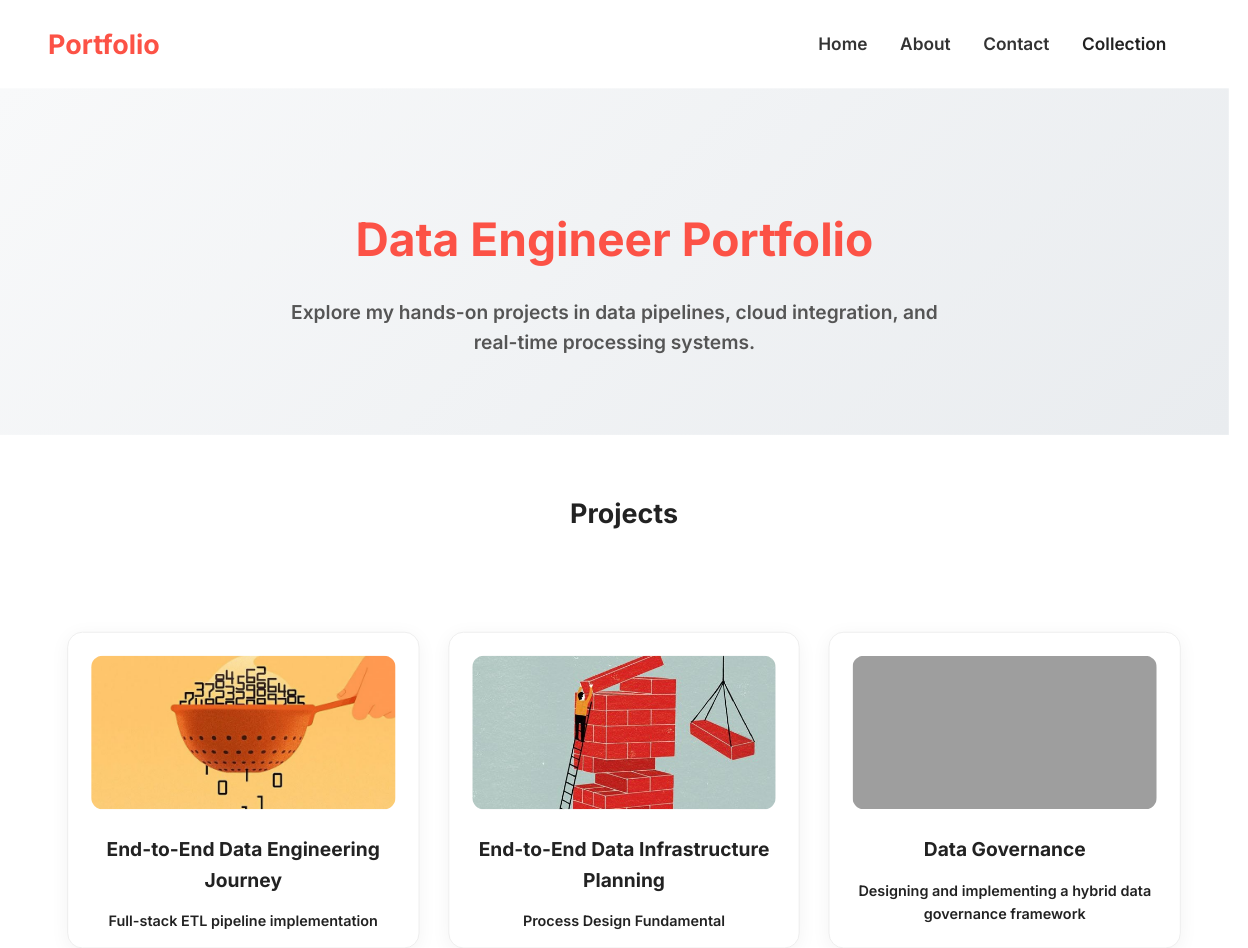
Repository: Wipas1919/Archive-portfolio
Page: projects/data-engineer.html
The author's editor kept a copy of each file at every save. The page is drawn from the files as they stood at one save, then again after the next save.
The browser window is 1280 px wide. The page is 1300 px wide, so the pictures cover 1300 px, including what lies to the right of the window. The pictures show the whole page, at 96% of full size.
Pictures or frames that could not be fetched are drawn as grey boxes.

Above is the page before, as saved 2025-06-01 16:33:16.

### projects/data-engineer.html
<!-- Cleaned and updated on 2025-05-25 -->
<!DOCTYPE html>
<html lang="en">
<head>
  <meta charset="UTF-8" />
  <meta name="viewport" content="width=device-width, initial-scale=1.0"/>
  <title>Data Engineer | Portfolio</title>
  <link href="https://fonts.googleapis.com/css2?family=Inter:wght@600;700&display=swap" rel="stylesheet">
  <link rel="stylesheet" href="../style/main.css">
  <style>
    body {
      font-family: 'Inter', sans-serif;
    }
    .cover {
      background: linear-gradient(135deg, #f8f9fa, #e9ecef);
      padding: 80px 20px;
      text-align: center;
    }
    .cover h1 {
      font-size: 48px;
      color: #fc5246;
      margin-bottom: 20px;
    }
    .cover p {
      font-size: 20px;
      color: #555;
      max-width: 700px;
      margin: 0 auto;
    }

    .project-cards h3 {
      text-align: center;
      font-size: 28px;
      margin-top: 60px;
      margin-bottom: 30px;
    }

    .card-grid {
      display: grid;
      grid-template-columns: repeat(auto-fit, minmax(280px, 1fr));
      gap: 30px;
      padding: 0 20px;
    }

    .card {
      display: block;
      background: #fff;
      border-radius: 16px;
      box-shadow: 0 4px 20px rgba(0, 0, 0, 0.05);
      padding: 24px;
      text-align: center;
      transition: transform 0.3s;
      text-decoration: none !important;
      color: inherit !important;
      cursor: pointer;
    }

    .card:hover {
      transform: translateY(-5px);
    }

    .card img {
      width: 100%;
      height: 160px;
      object-fit: cover;
      border-radius: 12px;
      margin-bottom: 16px;
    }

    .card h4 {
      font-size: 20px;
      margin-bottom: 8px;
      color: #222;
    }

    .card p {
      color: #666;
      font-size: 15px;
    }

    /* Make sure visited or active links do not change color or show underline */
    .card:visited,
    .card:hover,
    .card:focus,
    .card:active,
    .card *,
    .card *:visited,
    .card *:hover,
    .card *:focus,
    .card *:active {
      color: inherit !important;
      text-decoration: none !important;
    }

    .dropdown-wrapper {
      position: relative;
      display: inline-block;
    }

    .dropbtn {
      font-weight: 600;
      cursor: pointer;
      color: #222;
      text-decoration: none;
      margin-left: 15px;
    }

    .dropdown-content {
      display: none;
      position: absolute;
      top: 100%;
      right: 0;
      background-color: #ffffff;
      min-width: 220px;
      border-radius: 12px;
      box-shadow: 0 10px 25px rgba(0, 0, 0, 0.08);
      overflow: hidden;
      padding: 10px 0;
      z-index: 999;
    }

    .dropdown-wrapper:hover .dropdown-content {
      display: block;
    }

    .dropdown-content a {
      display: block;
      padding: 12px 20px;
      color: #222;
      text-decoration: none;
      font-size: 15px;
      transition: background-color 0.2s ease, color 0.2s ease;
    }

    .dropdown-content a:hover {
      background-color: #eaeaea;
      color: #fd3a2d;
    }
  </style>
</head>
<body>
  <div id="page-loader"><div class="spinner"></div></div>

  <header>
    <div class="container">
      <h1 class="logo" style="font-family: 'Inter', sans-serif; font-weight: 700; font-size: 28px; color: #fc5246;">Portfolio</h1>
      <nav class="nav-right">
        <a href="../index.html">Home</a>
        <a href="../index.html#about">About</a>
        <a href="../index.html#contact">Contact</a>
        <div class="dropdown-wrapper">
          <a href="#" class="dropbtn">Collection</a>
          <div class="dropdown-content">
            <a href="data-engineer.html">Data Engineer</a>
            <a href="business-analysis.html">Business Analysis</a>
            <a href="bi-solutions.html">Business Intelligent</a>
            <a href="strategic-data.html">Data-Driven</a>
            <a href="cloud-cert.html">Cloud Certification</a>
            <a href="data-integration.html">Data Product</a>
          </div>
        </div>
      </nav>
    </div>
  </header>

  <!-- Cover / Hero Section -->
  <section class="cover">
    <h1>Data Engineer Portfolio</h1>
    <p>Explore my hands-on projects in data pipelines, cloud integration, and real-time processing systems.</p>
  </section>

  <!-- Project Cards Section -->
  <section class="project-cards container" id="project-cards">
    <h3>Projects</h3>
    <div class="card-grid" id="card-container"></div>
  </section>

  <script>
    const cardsContainer = document.getElementById("card-container");
    const projectId = "data-engineer";

    fetch("../data/projects.json")
      .then(res => res.json())
      .then(data => {
        const p = data[projectId];
        if (!p || !p.projects?.length) {
          cardsContainer.innerHTML = "<p>No projects found.</p>";
          return;
        }
        cardsContainer.innerHTML = p.projects.map(proj => `
          <a href="project.html?id=${proj.slug}" class="card">
            <img src="${proj.image}" alt="${proj.title}" />
            <h4>${proj.title}</h4>
            <p>${proj.description}</p>
          </a>
        `).join("");
      })
      .catch(err => {
        cardsContainer.innerHTML = "<p>Error loading data.</p>";
        console.error(err);
      });
  </script>
</body>
</html>

### style/main.css
/* ตั้งค่าพื้นฐาน */
body {
  margin: 0;
  font-family: 'Poppins', sans-serif;
  background: #fff;
  color: #222;
  line-height: 1.6;
  scroll-behavior: smooth;
  user-select: none;
  -webkit-user-select: none;
  -ms-user-select: none;
}

img {
  max-width: 100%;
  height: auto;
  display: block;
}

.container {
  width: 100%;
  max-width: 1200px;
  margin: 0 auto;
  padding: 0 50px; /* เพิ่ม padding ด้านข้าง */
}

@media screen and (max-width: 767px) {
  .container { padding: 0 16px; }
  .hero h2 { font-size: 36px; }
  .hero p { font-size: 18px; }
  .card-grid { grid-template-columns: 1fr; }
  nav a { font-size: 14px; }
  .hero-content { flex-direction: column; }
  .about-image img { width: 100%; }
}

@media screen and (min-width: 768px) and (max-width: 1024px) {
  .hero h2 { font-size: 48px; }
  .card-grid { grid-template-columns: repeat(2, 1fr); }
}

@media screen and (max-width: 480px) {
  h2, .section-title { font-size: 28px; }
  .hero h2 { font-size: 28px; }
  .hero p, .section-description, .about-text p, .card p { font-size: 16px; }
  .btn { padding: 10px 20px; font-size: 16px; }
}

/* Navbar */
header {
  background: #fff;
  padding: 5px 0;
  display: flex;
  justify-content: space-between;
  align-items: center;
  border-bottom: 0px solid #eee;
  position: sticky;
  top: 0;
  z-index: 100;
}

header .container {
  display: flex;
  align-items: center;
  justify-content: space-between;
}

.logo {
  font-family: 'Poppins', serif;
  font-size: 30px;
  color: #fc5246;
}

nav a {
  margin: 0 15px;
  color: #333;
  text-decoration: none;
  font-weight: 600;
  font-size: 18px;
}

nav a:hover {
  color: #fd3a2d;
}

/* ปุ่มหลักของเมนู dropdown */
.dropdown-wrapper {
  position: relative;
  display: inline-block;
}

.dropbtn {
  font-weight: 600;
  cursor: pointer;
  color: #222;
  transition: color 0.3s ease;
}

.dropbtn:hover {
  color: #fd3a2d;
}

/* เมนูที่แสดงเมื่อ hover */
.dropdown-content {
  display: none;
  position: absolute;
  top: 100%;
  right: 0;
  background-color: #ffffff;
  min-width: 220px;
  border-radius: 12px;
  box-shadow: 0 10px 25px rgba(0, 0, 0, 0.08);
  overflow: hidden;
  padding: 10px 0;
  z-index: 999;
}

/* แสดงเมื่อ hover */
.dropdown-wrapper:hover .dropdown-content {
  display: block;
}

/* ลิงก์ใน dropdown */
.dropdown-content a {
  display: block;
  padding: 12px 20px;
  color: #222;
  text-decoration: none;
  font-size: 15px;
  transition: background-color 0.2s ease, color 0.2s ease;
}

/* Hover effect ของลิงก์ */
.dropdown-content a:hover {
  background-color: #eaeaea;
  color: #fd3a2d;
}

.hero-animation {
  margin-top: 10px;
  display: flex;
  justify-content: right;
}

/* Hero Section */
.hero {
  position: relative;
  height: 60vh;
  display: flex;
  align-items: center;
  justify-content: center;
  flex-direction: column;
  text-align: center;
  background: #eaeaea;
  color: #000000;
}

#hero-background {
  position: absolute;
  top: 0;
  left: 0;
  width: 100%;
  height: 100%;
  z-index: 0;
}

.hero-content {
  position: relative;
  z-index: 1;
  width: 100%;
  max-width: 1200px;
  padding-left: 5vw;
  padding-right: 5vw;
  text-align: left;
  align-items: flex-start;
}

.hero h2 {
  font-size: 60px;
  margin-bottom: 10px;
  line-height: 1.2;
}

.hero p {
  font-size: 30px;
  margin-bottom: 30px;
  color: #1d1d1d;
}

.btn, .hero .btn {
  display: inline-block;
  background: #fd3a2d;
  color: #fff;
  padding: 14px 36px;
  border-radius: 30px;
  text-decoration: none;
  font-weight: bold;
  font-size: 18px;
  transition: background 0.3s;
}

.btn:hover, .hero .btn:hover {
  background: #252525;
}

/* Sections */
section {
  padding: 100px 0;
  text-align: center;
}

/* About Section */
.about-grid {
  display: flex;
  align-items: center;
  justify-content: center;
  gap: 50px;
  flex-wrap: wrap;
}

.about-image img {
  width: 500px;
  height: auto;
  object-fit: cover;
  border-top-left-radius: 0;
  border-top-right-radius: 0;
  border-bottom-left-radius: 200px;
  border-bottom-right-radius: 200px;
}

.about-text {
  max-width: 500px;
  text-align: left;
}

.about-text h2 {
  margin-bottom: 20px;
}

.about-text p {
  font-size: 18px;
  color: #666;
}

/* Timeline */
.timeline-item {
  position: relative;
  margin-bottom: 30px;
}

.timeline-dot {
  width: 14px;
  height: 14px;
  background-color: #fd3a2d;
  border-radius: 50%;
  position: absolute;
  left: -8px;
  top: 0;
}

.timeline-content {
  margin-left: 20px;
}

.timeline-content h4 {
  margin: 0;
  font-size: 18px;
  color: #333;
  font-weight: 600;
}

.timeline-content p {
  margin: 5px 0 0;
  font-size: 16px;
  color: #666;
}

/* Projects Section */
#projects {
  margin-bottom: 10px;
}

.card-grid {
  display: grid;
  grid-template-columns: repeat(3, 1fr); /* สำคัญ: 3 คอลัมน์ */
  gap: 20px;
  margin-top: 100px;
}


.card {
  background: #ffffff;
  padding: 30px;
  border-radius: 12px;
  max-height: 280px;
  text-align: center;
  transition: box-shadow 0.3s;
  border: 1px solid #eee;
}

.card:hover {
  box-shadow: 0 8px 20px rgba(0, 0, 0, 0.1);
}

.card-icon img {
  width: 40px;
  height: 40px;
  margin-bottom: 20px;
}

.card h3 {
  font-size: 18px;
  margin-bottom: 15px;
  color: #333;
}

.card p {
  font-size: 16px;
  color: #666;
}

/* Contact Section */
.contact {
  background: rgba(255, 255, 255, 0.5); /* 1 = โปร่งแสง 50% */
  text-align: center;
}

.section-subtitle {
  text-transform: uppercase;
  font-size: 18px;
  letter-spacing: 1.5px;
  color: #4e4e4e;
  margin-bottom: 10px;
}

h2 {
  font-size: 36px;
  color: #292929
}


.section-title {
  font-size: 36px;
  margin-bottom: 10px;
  color: #2e2e2e;
}

.section-description {
  font-size: 18px;
  margin-bottom: 40px;
  color: #4e4e4e;
}

.contact-grid {
  display: grid;
  grid-template-columns: repeat(auto-fit, minmax(280px, 1fr));
  gap: 20px;
  margin-top: 40px;
}

.contact-card.glass {
  background: rgba(255, 255, 255, 0.15);
  backdrop-filter: blur(12px);
  -webkit-backdrop-filter: blur(12px);
  border-radius: 20px;
  padding: 24px;
  border: 1px solid rgba(255, 255, 255, 0.3);
  box-shadow: 0 8px 32px rgba(0, 0, 0, 0.1);
  transition: transform 0.3s ease, box-shadow 0.3s ease;
  text-align: center;
}

.contact-card.glass:hover {
  transform: scale(1.05);
  box-shadow: 0 12px 28px rgba(0, 0, 0, 0.15);
}

.contact-icon {
  display: flex;
  flex-direction: column;
  align-items: center;
  justify-content: center; /* 🔥 เพิ่มบรรทัดนี้เพื่อจัดไอคอนแนวดิ่ง */
  height: 100px; /* ✅ ปรับความสูงให้เหมาะสม */
  margin-bottom: 12px;
}


.contact-icon img {
  width: 48px;
  height: 48px;
  margin-bottom: 12px;
  transition: transform 0.3s ease;
}

.contact-card.glass:hover .contact-icon img {
  transform: scale(1.15);
}

/* Footer */
footer {
  background: #f5f5f5;
  padding: 20px 0;
  font-size: 14px;
  color: #4d4d4d;
}

.footer-container {
  display: flex;
  justify-content: space-between;
  align-items: center;
  flex-wrap: wrap;
}

.social-links {
  display: flex;
  gap: 20px;
}

.social-links a img {
  width: 30px;
  height: 30px;
  transition: transform 0.3s ease;
}

.social-links a img:hover {
  transform: scale(1.2);
}

#hero-background {
  position: absolute;
  top: 0;
  left: 0;
  height: 100%;
  width: 100%;
  z-index: 0;
  overflow: hidden;
}
.hero-content {
  position: relative;
  z-index: 1;
}

/* animation-data */
.hero-content {
  display: flex;
  justify-content: space-between;
  align-items: center;
  flex-wrap: wrap;
  gap: 40px;
}

.hero-text {
  flex: 1 1 55%;
}

.hero-animation {
  flex: 1 1 40%;
  display: flex;
  justify-content: center;
  align-items: center;
}

/* ===== Page Loader & Smooth Scroll ===== */
html{scroll-behavior:smooth;}

#page-loader{
  position:fixed;inset:0;display:grid;place-items:center;
  background:#ffffff;z-index:9999;opacity:1;
  transition:opacity .0.5s ease;
}
#page-loader .spinner{
  width:32px;height:32px;border:4px solid #e5e5e5;
  border-top-color:#ff694b;border-radius:50%;
  animation:spin .8s linear infinite;
}
@keyframes spin{to{transform:rotate(360deg)}}

body.loaded #page-loader{opacity:0;pointer-events:none;}
body.fade-out{opacity:0;transition:opacity .0.5s ease;}

@keyframes hideLoaderFallback{to{opacity:0;pointer-events:none;}}
#page-loader{animation:hideLoaderFallback 0.5s forwards 0.5s;}



/* ====  Reusable Card Component  ================================== */
.card {
  background: #ffffff;
  border: 1px solid #eee;
  border-radius: 12px;
  padding: 24px;
  text-align: center;
  box-shadow: 0 4px 12px rgba(0,0,0,.05);
  transition: transform .3s ease, box-shadow .3s ease;
}
.card:hover {
  transform: translateY(-6px);
  box-shadow: 0 12px 25px rgba(0,0,0,.1);
}

.card__icon{
  display:flex;
  flex-direction:column;
  align-items:center;
  justify-content:center;
  height:100px;
  margin-bottom:12px;
}
.card__icon img{
  width:48px;
  height:48px;
  transition: transform .3s ease;
}
.card:hover .card__icon img{
  transform:scale(1.15);
}

/* Variant – project card (clickable) */
.card--project{cursor:pointer;}

/* Variant – glassmorphism contact card */
.card--glass{
  background: rgba(255,255,255,.15);
  backdrop-filter: blur(12px);
  -webkit-backdrop-filter: blur(12px);
  border: 1px solid rgba(255,255,255,.3);
  box-shadow: 0 8px 32px rgba(0,0,0,.1);
}

/* Grids */

.card-grid--contact{
  display:grid;
  grid-template-columns: repeat(auto-fit,minmax(280px,1fr));
  gap:20px;
  margin-top:40px;
}

/* Remove legacy duplicate styles */
.contact-card, .contact-card.glass, .glass-card{
}/* project */

.project-blog {
  max-width: 800px;
  margin: 80px auto;
  padding: 0 20px;
  font-family: 'Inter', sans-serif;
}

.project-blog h1 {
  font-size: 36px;
  font-weight: 700;
  margin-bottom: 20px;
  text-align: center;
  color: #222;
}

.project-blog .tag {
  display: inline-block;
  background: #f0f0f0;
  color: #333;
  padding: 6px 12px;
  margin: 0 8px 20px 0;
  border-radius: 20px;
  font-size: 14px;
}

.project-blog p {
  font-size: 18px;
  color: #444;
  line-height: 1.7;
  margin-bottom: 24px;
}

.project-blog img {
  width: 100%;
  border-radius: 10px;
  margin: 30px 0;
  box-shadow: 0 8px 30px rgba(0,0,0,0.08);
}

/* button */
.back-float-btn {
  position: fixed;
  bottom: 30px;
  left: 50%;
  transform: translateX(-50%);
  background-color: #fc5246;
  color: white;
  padding: 10px 24px;
  font-size: 14px;
  border-radius: 30px;
  box-shadow: 0 4px 16px rgba(0, 0, 0, 0.1);
  cursor: pointer;
  z-index: 9999;
  text-align: center;
  font-family: 'Inter', sans-serif;
  transition: background 0.3s ease;
  width: auto;       /* ปรับให้ขนาดพอดีกับเนื้อหา */
  max-width: 200px;  /* จำกัดไม่ให้ปุ่มกว้างเกินไป */
}

.back-float-btn:hover {
  background-color: #e6483c;
}

@media (max-width: 768px) {
  .back-float-btn {
    padding: 9px 18px;
    font-size: 13px;
    bottom: 20px;
  }
/* ===== FINAL OVERRIDE ===== */
.contact-card a {
  color: inherit !important;
  text-decoration: none !important;
}

.contact-card a:visited {
  color: inherit !important;
  text-decoration: none !important;
}

.contact-card a:hover,
.contact-card a:focus,
.contact-card a:active {
  color: inherit !important;
  text-decoration: none !important;
}

/* ===== Card grid (Projects) enforce 3-column on desktop ===== */
@media (min-width: 1024px){
  .card-grid--projects{
    grid-template-columns: repeat(3, 1fr);
  }
}
/* 2 columns on tablets */
@media (min-width: 640px) and (max-width: 1023px){
  .card-grid--projects{
    grid-template-columns: repeat(2, 1fr);
  }
}
/* 1 column on small screens (default) */
}

/* ===== DESKTOP-ONLY MODE (CSS BLOCK) =====
   Hide entire site below 1024px width and show full-screen notice
--------------------------------------------------------------- */
@media (hover: none) and (pointer: coarse){
  /* Hide all real content */
  body > * { display: none !important; }

  /* Full-screen notice */
  body::before{
    content: "This site is designed for desktop browsers only.\A Please visit on a larger screen.";
    white-space: pre-line;
    position: fixed;
    inset: 0;
    background: #ffffff;
    color: #000000;
    padding: 40px 24px;
    display: flex;
    align-items: center;
    justify-content: center;
    font-family: "Poppins", sans-serif;
    font-size: 18px;
    line-height: 1.4;
    text-align: center;
    z-index: 99999;
  }

  /* Prevent horizontal scroll */
  html, body{ overflow: hidden; }
}

.project-blog strong {
  font-size: 1.4em;   /* 110 % ของขนาดปกติในย่อหน้านั้น */
  font-weight: 800;
}

### data/projects.json
{
  "data-engineer": {
    "projects": [
      {
        "title": "End-to-End Data Engineering Journey",
        "slug": "End-to-End Data Engineering Journey",
        "description": "Full-stack ETL pipeline implementation",
        "image": "/images/data-engineers.jpg"
      },
      {
        "title": "End-to-End Data Infrastructure Planning",
        "slug": "End-to-End Data Infrastructure Planning",
        "description": "Process Design Fundamental",
        "image": "/images/data-foundamatal.jpg"
      },
      {
        "title": "Data Governance",
        "slug": "Data Governance",
        "description": "Designing and implementing a hybrid data governance framework",
        "image": "/images/data-governance.jpg"
      }
    ]
  },
  "business-analysis": {
    "title": "Business Analysis",
    "description": "Transform data into insights for decision-making.",
    "image": "../images/ba.svg",
    "overview": "Analyzed survey and operational data to support marketing strategy.",
    "contributions": [
      "Designed data collection forms",
      "Used SQL & Power BI for analysis",
      "Presented insights to leadership"
    ],
    "tools": [
      "Excel",
      "SQL",
      "Power BI",
      "Survey Analysis"
    ],
    "impact": "Helped increase campaign engagement by 30%",
    "projects": [
      {
        "title": "Post-Event",
        "slug": "feedback-dashboard",
        "description": "Built interactive dashboards to monitor sentiment trends.",
        "image": "../images/project-feedback.png"
      },
      {
        "title": "Consulting Desing Survey",
        "slug": "campaign-performance-analysis",
        "description": "Analyzed A/B testing data to optimize marketing budget.",
        "image": "../images/project-campaign.png"
      },
      {
        "title": "Comming Soon!",
        "slug": "operational-kpi-tracking",
        "description": "Developed KPI dashboards for sales and service teams.",
        "image": "../images/project-kpi.png"
      }
    ]
  },
  "bi-solutions": {
    "title": "Business Intelligent",
    "projects": [
      {
        "title": "Dashboard Routine",
        "description": "Designed Power BI dashboard to visualize sales KPIs across regions.",
        "image": "../images/bi-sales-dashboard.png",
        "slug": "bi-sales-performance"
      },
      {
        "title": "Dashboard Near-real time",
        "description": "Used data visualization to cluster customer segments based on behavior.",
        "image": "../images/bi-customer-segmentation.png",
        "slug": "bi-customer-segmentation"
      },
      {
        "title": "KPI Overview",
        "description": "Built interactive dashboards to summarize high-level KPIs for executives.",
        "image": "../images/bi-kpi-overview.png",
        "slug": "bi-kpi-overview"
      }
    ]
  },
  "strategic-data": {
    "title": "Data-Driven",
    "projects": [
      {
        "title": "Assistant Speaker Trend Technoligies ",
        "description": "Developed a data-driven framework to analyze campaign performance across channels.",
        "image": "../images/data-strategy-marketing.png",
        "slug": "marketing-insight-framework"
      },
      {
        "title": "Power BI Training",
        "description": "Created visualizations from IoT sensor data to optimize event space usage.",
        "image": "../images/data-strategy-event.png",
        "slug": "event-analytics-dashboard"
      },
      {
        "title": "Comming Soon!",
        "description": "Designed end-to-end system for converting analytics into automated decisions.",
        "image": "../images/data-strategy-decision.png",
        "slug": "decision-intelligence-system"
      }
    ]
  },
  "data-integration": {
    "title": "Data Product",
    "projects": [
      {
        "title": "Chat AI for web-event",
        "description": "Built backend pipeline to integrate chatbot logs into Datamart for insights.",
        "image": "../images/data-product-chatbot.png",
        "slug": "chatbot-analytics-pipeline"
      },
      {
        "title": "Hr Recuddtor Macthing",
        "description": "Created dynamic reporting tool from MySQL and PostgreSQL for internal teams.",
        "image": "../images/data-product-reportgen.png",
        "slug": "self-service-report-generator"
      },
      {
        "title": "Comming Soon!",
        "description": "Aggregated customer voice data into a single source for product decisions.",
        "image": "../images/data-product-feedback.png",
        "slug": "customer-feedback-hub"
      }
    ]
  },
  "cloud-cert": {
  "title": "Certification",
  "projects": [
    {
      "title": "Comming Soon!",
      "description": "Demonstrated foundational knowledge of GCP services and architecture.",
      "image": "../images/gcp-cert.png",
      "slug": "gcp-certification"
    },
    {
      "title": "Comming Soon!",
      "description": "Comming Soon!",
      "image": "../images/aws-cert.png",
      "slug": "aws-certification"
    },
    {
      "title": "Comming Soon!",
      "description": "Comming Soon!",
      "image": "../images/azure-cert.png",
      "slug": "azure-certification"
    }
  ]
}
}

After the next save:
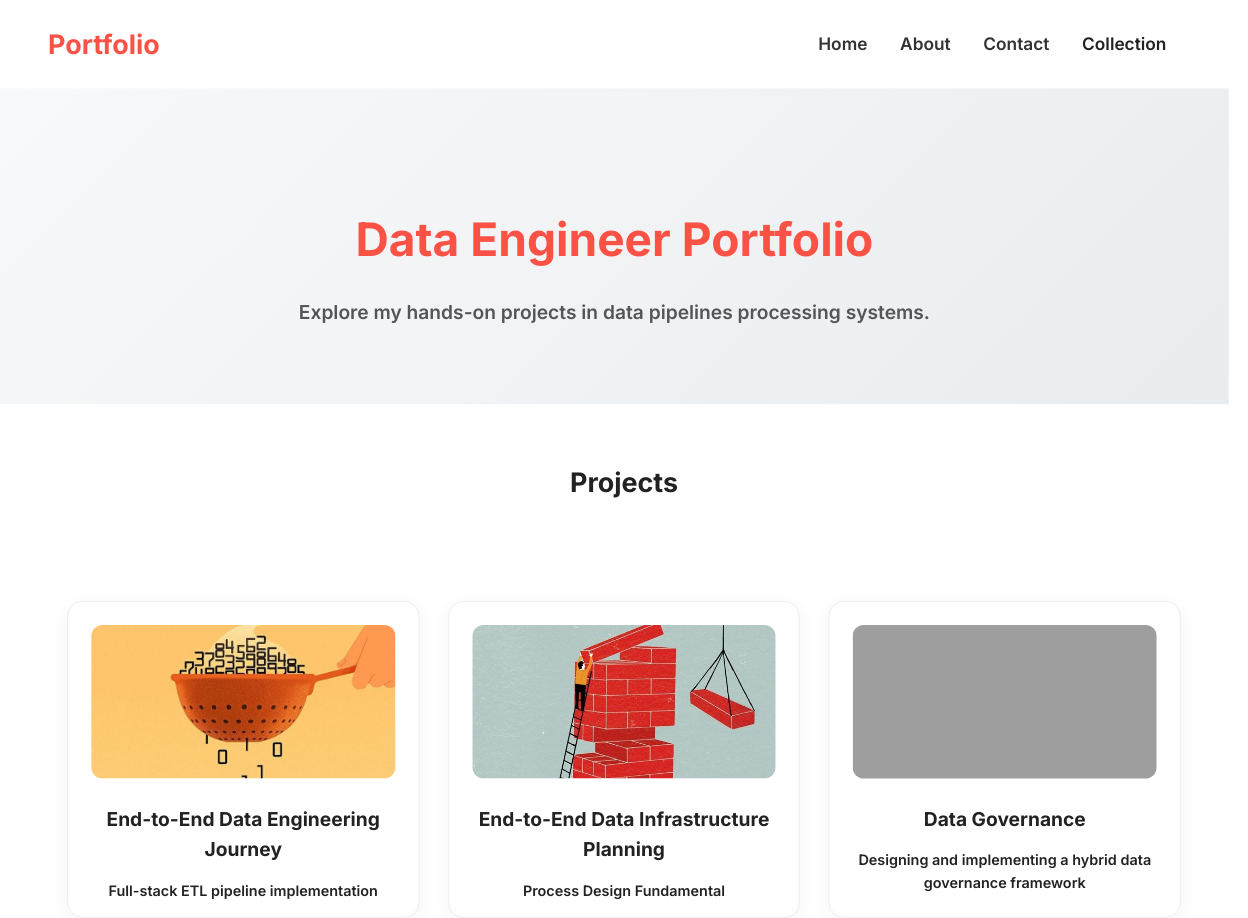
Saved 2 min 46 s later.
--- a/projects/data-engineer.html
+++ b/projects/data-engineer.html
@@ -166,7 +166,7 @@
   <!-- Cover / Hero Section -->
   <section class="cover">
     <h1>Data Engineer Portfolio</h1>
-    <p>Explore my hands-on projects in data pipelines, cloud integration, and real-time processing systems.</p>
+    <p>Explore my hands-on projects in data pipelines processing systems.</p>
   </section>
 
   <!-- Project Cards Section -->
